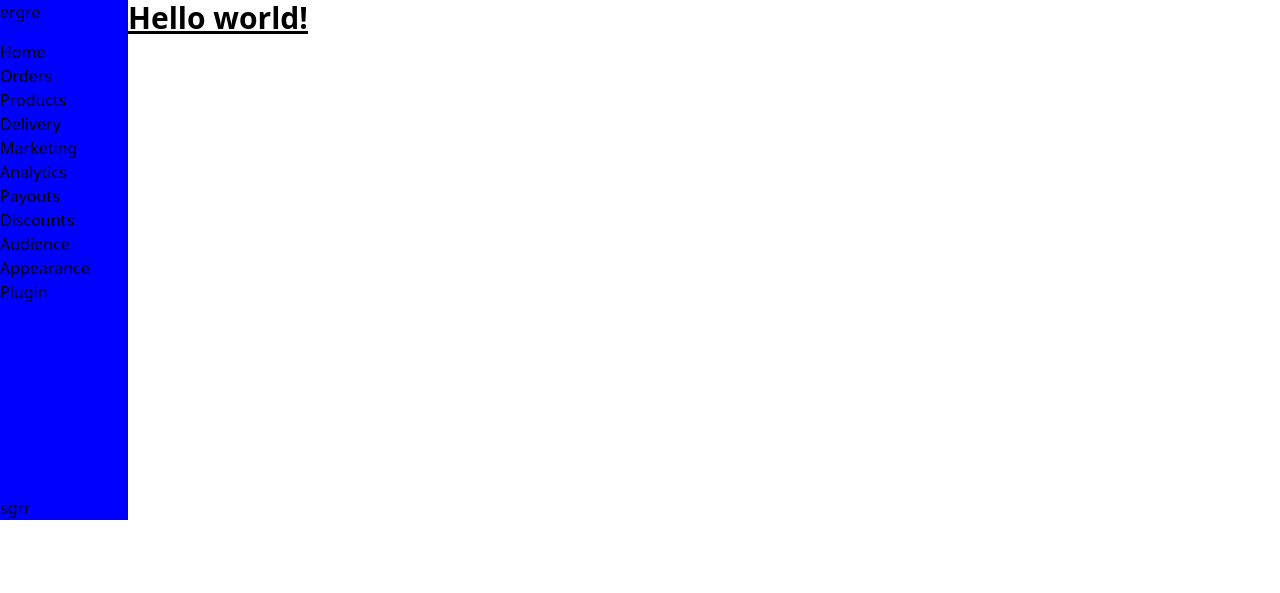
Repository: Yh010/dukaanDashboard
Page: /
These files come from the project's save history. The page is drawn as it stood at one moment and after the next save; the edit follows.
The browser window is 1280 px wide. The pictures show the whole page.
The project was rebuilt for these pictures with package versions that can differ from the ones it lists, and the page was loaded fresh each time. Also part of the build but not shown: vite.config.js, src/App.css.

Above is the page before, as saved 2024-01-21 14:57:12.

### src/App.jsx
/* import { useState } from 'react' */
/* import reactLogo from './assets/react.svg'
import viteLogo from '/vite.svg' */
import './App.css'
import SideNavBar from './components/sidenavbar'

function App() {
/*   const [count, setCount] = useState(0) */

  return (
    <div className='grid grid-cols-10'>
      <div className='col-span-1'>
         <SideNavBar/>
      </div>

        <h1 className="text-3xl font-bold underline col-span-9">
            Hello world!
        </h1>

    </div>

  )
}

export default App

### src/components/sidenavbar.jsx
function SideNavBar() {
    return (
        <div className="sidenavbar" style={{backgroundColor:"blue"}} >

            <div className=" space-y-48 justify-between ">
                <div className="space-y-4">
                    <div id="head">
                        ergre
                    </div>

                    <div id="items align-middle">
                        <ul>
                            <li>
                                <button>Home</button>
                            </li>
                            <li>
                                <button>Orders</button>
                            </li>
                            <li>
                                <button>Products</button>
                           </li>
                            <li>
                                 <button>Delivery</button>
                            </li>
                            <li>
                                <button>Marketing</button>
                            </li>
                            <li>
                                <button>Analytics</button>
                            </li>
                            <li>
                                <button>Payouts</button>
                            </li>
                            <li>
                                <button>Discounts</button>
                            </li>

                            <li>
                                <button>Audience</button>
                            </li>
                            <li>
                                <button>Appearance</button>
                            </li>
                            <li>
                                 <button>Plugin</button>
                            </li>
                        </ul>
                    </div>
                </div>

                <div className="shadow-2xl" style={{
                    alignItems:"center",
                }}>
                    sgrr
                </div>
            </div>

        </div>
    );
}

export default SideNavBar;

Loaded but not shown: index.html (common file); src/main.jsx (common file); src/index.css (common file); tailwind.config.js (common file)

After the next save:
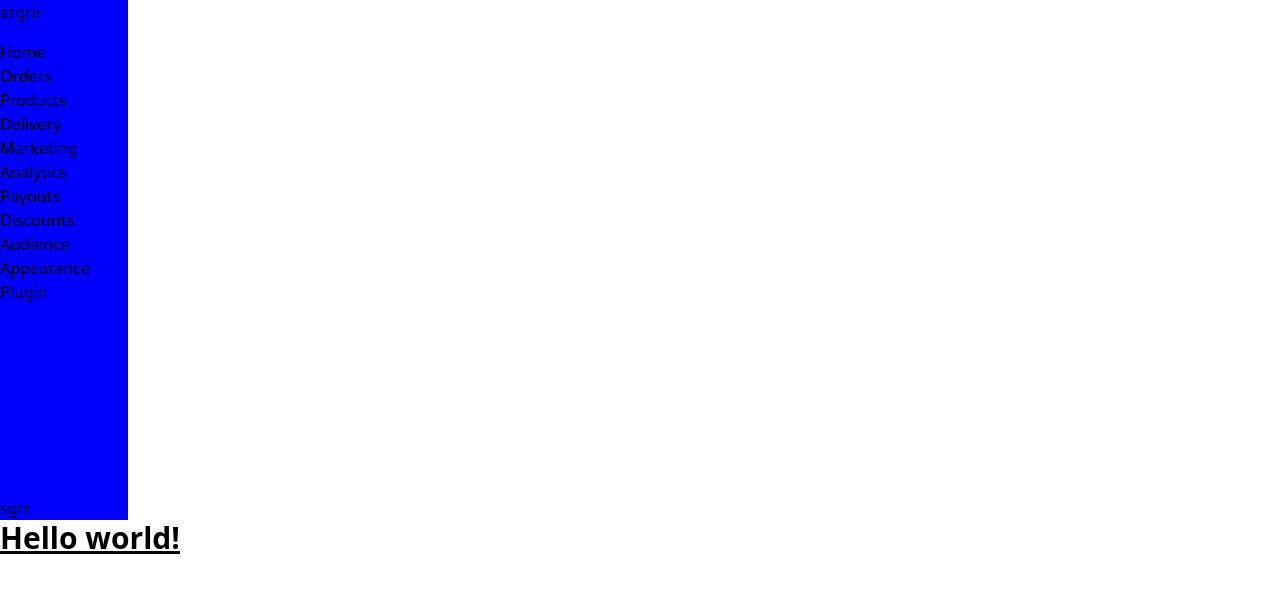
Saved 58 s later.
--- a/src/App.jsx
+++ b/src/App.jsx
@@ -13,6 +13,7 @@ function App() {
          <SideNavBar/>
       </div>
 
+      <navbar/>
         <h1 className="text-3xl font-bold underline col-span-9">
             Hello world!
         </h1>
